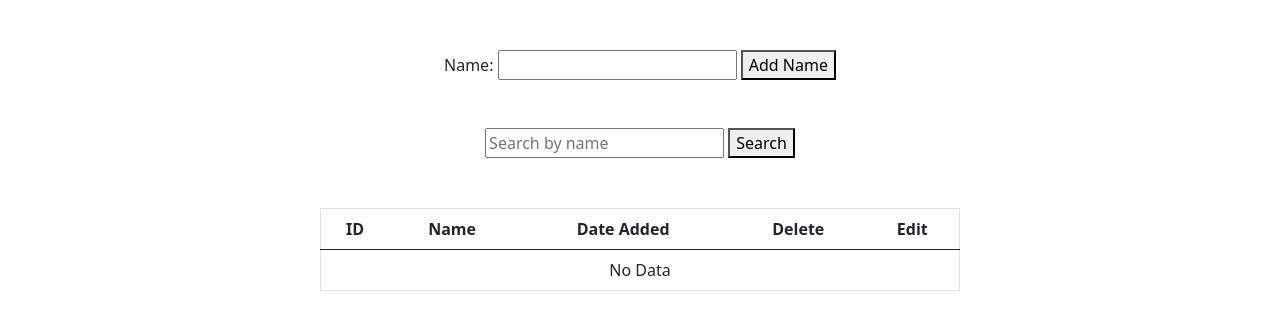
Repository: Theracon/Simple-mysql-node-app
Page: client/index.html
An editor plug-in stored every save of this project. The page is shown before and after the next save, followed by the edit.
The browser window is 1280 px wide. The pictures show the whole page.
The page's requests for data from a server got no answer.

Above is the page before, as saved 2021-06-04 09:38:03.

### client/index.html
<!DOCTYPE html>
<html lang="en">

<head>
    <meta charset="UTF-8">
    <meta http-equiv="X-UA-Compatible" content="IE=edge">
    <meta name="viewport" content="width=device-width, initial-scale=1.0">
    <link rel="stylesheet" href="stylesheet.css">
    <link href="https://cdn.jsdelivr.net/npm/bootstrap@5.0.1/dist/css/bootstrap.min.css" rel="stylesheet" integrity="sha384-+0n0xVW2eSR5OomGNYDnhzAbDsOXxcvSN1TPprVMTNDbiYZCxYbOOl7+AMvyTG2x" crossorigin="anonymous">
    <title>MySQL Node App</title>
</head>

<body>
    <main>
        <label>Name:</label>
        <input type="text" id="name-input">
        <button id="add-name-btn">Add Name</button>

        <br><br><br>

        <div>
            <input type="text" placeholder="Search by name" id="search-input">
            <button id="search-btn">Search</button>
        </div>

        <table id="table" class="table">
            <thead>
                <th>ID</th>
                <th>Name</th>
                <th>Date Added</th>
                <th>Delete</th>
                <th>Edit</th>
            </thead>
            <tbody></tbody>
        </table>
    </main>

    <script src="index.js"></script>
</body>

</html>

### client/stylesheet.css
main {
    width: 50%;
    margin: 50px auto;
    text-align: center;
}

table {
    margin: 50px auto;
}

table,
th,
td {
    border: 1px solid #000;
    border-collapse: collapse;
}

th,
td {
    padding: 5px;
}

### client/index.js
document.addEventListener('DOMContentLoaded', function() {
    loadHTMLTable([]);
});

function loadHTMLTable(data) {
    const table = document.querySelector('table tbody');
    let tableHTML = '';

    if (data.length === 0) {
        table.innerHTML = "<tr><td class='no-data' colspan='5'>No Data</td></tr>";
    }
}

After the next save:
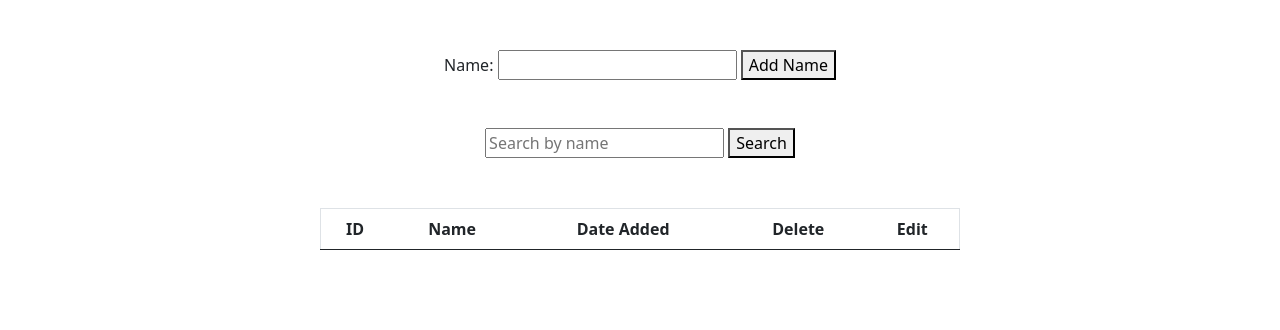
Console error: SyntaxError: Malformed arrow function parameter list
Saved 2 min 0 s later.
--- a/client/index.js
+++ b/client/index.js
@@ -1,4 +1,7 @@
 document.addEventListener('DOMContentLoaded', function() {
+    fetch('http://localhost:5000/getAll')
+        .then(response => response.json())
+        .then(data) => console.log(data);
     loadHTMLTable([]);
 });
 

After the 5 saves that followed:
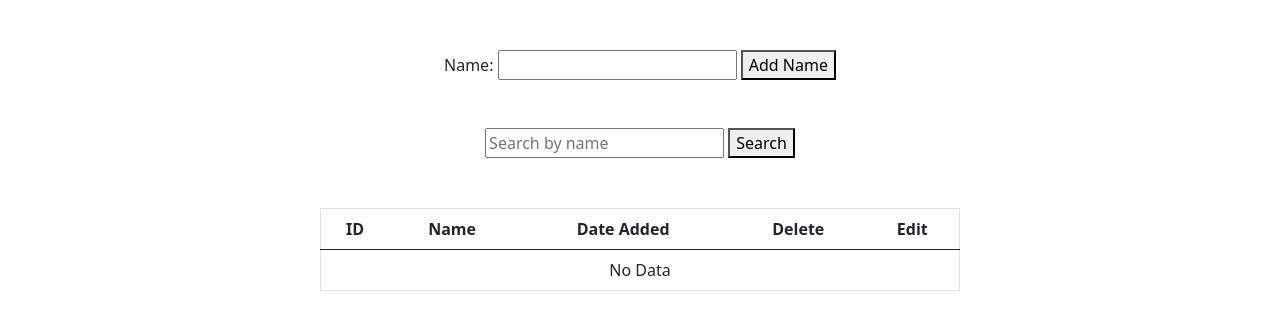
The error is gone.
The 5 saves are shown as one change because 2 left the picture as it was and some came seconds apart.
The last was saved 25 s later.
--- a/client/index.js
+++ b/client/index.js
@@ -1,7 +1,8 @@
 document.addEventListener('DOMContentLoaded', function() {
     fetch('http://localhost:5000/getAll')
         .then(response => response.json())
-        .then(data) => console.log(data);
+        .then(data => console.log(data))
+
     loadHTMLTable([]);
 });
 
